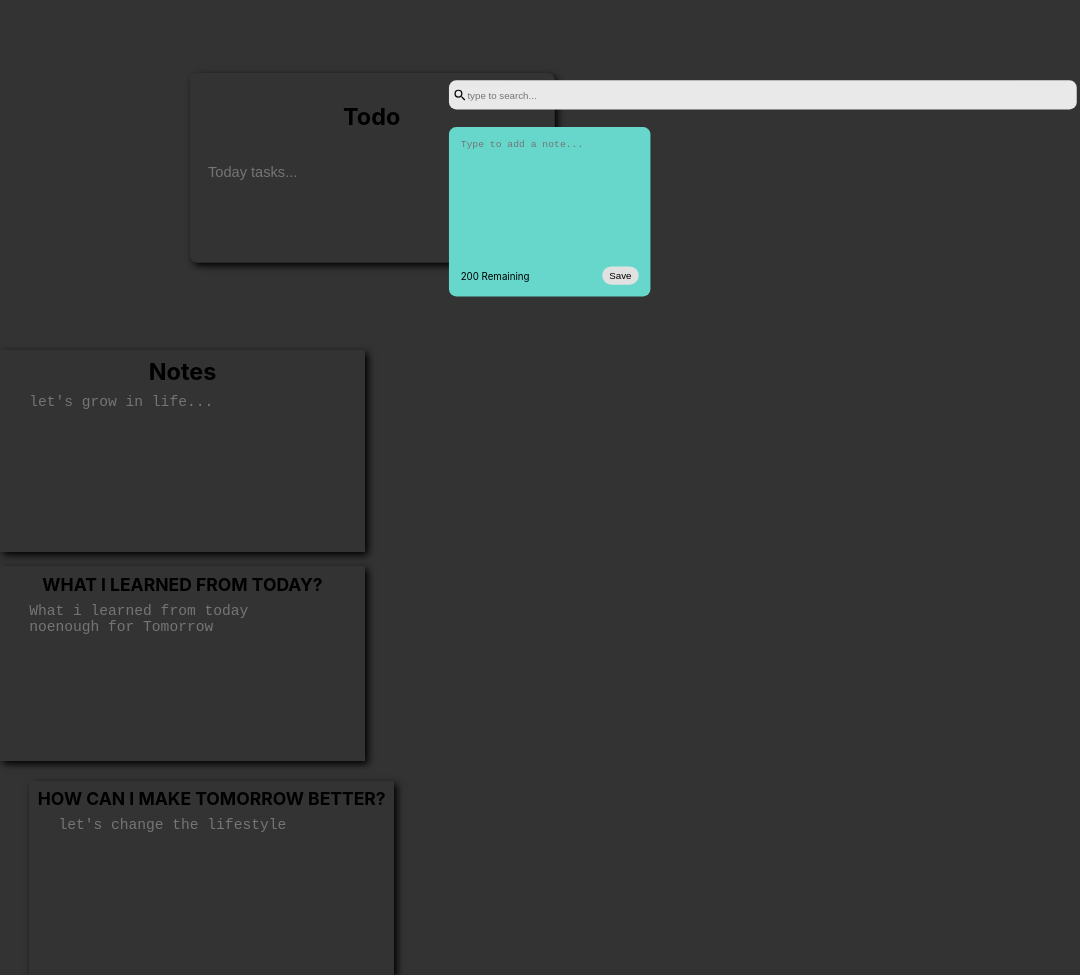
Repository: subhamRsahoo/note
Page: /
The author's editor kept a copy of each file at every save. The page is drawn from the files as they stood at one save, then again after the next save.
The browser window is 768 px wide. The page is 1480 px wide, so the pictures cover 1480 px, including what lies to the right of the window. The pictures show the whole page, at 73% of full size.
The project was rebuilt for these pictures with package versions that can differ from the ones it lists, and the page was loaded fresh each time. Also part of the build but not shown: src/components/New folder/components/Note.js.

Above is the page before, as saved 2021-07-15 18:40:48.

After the next save:
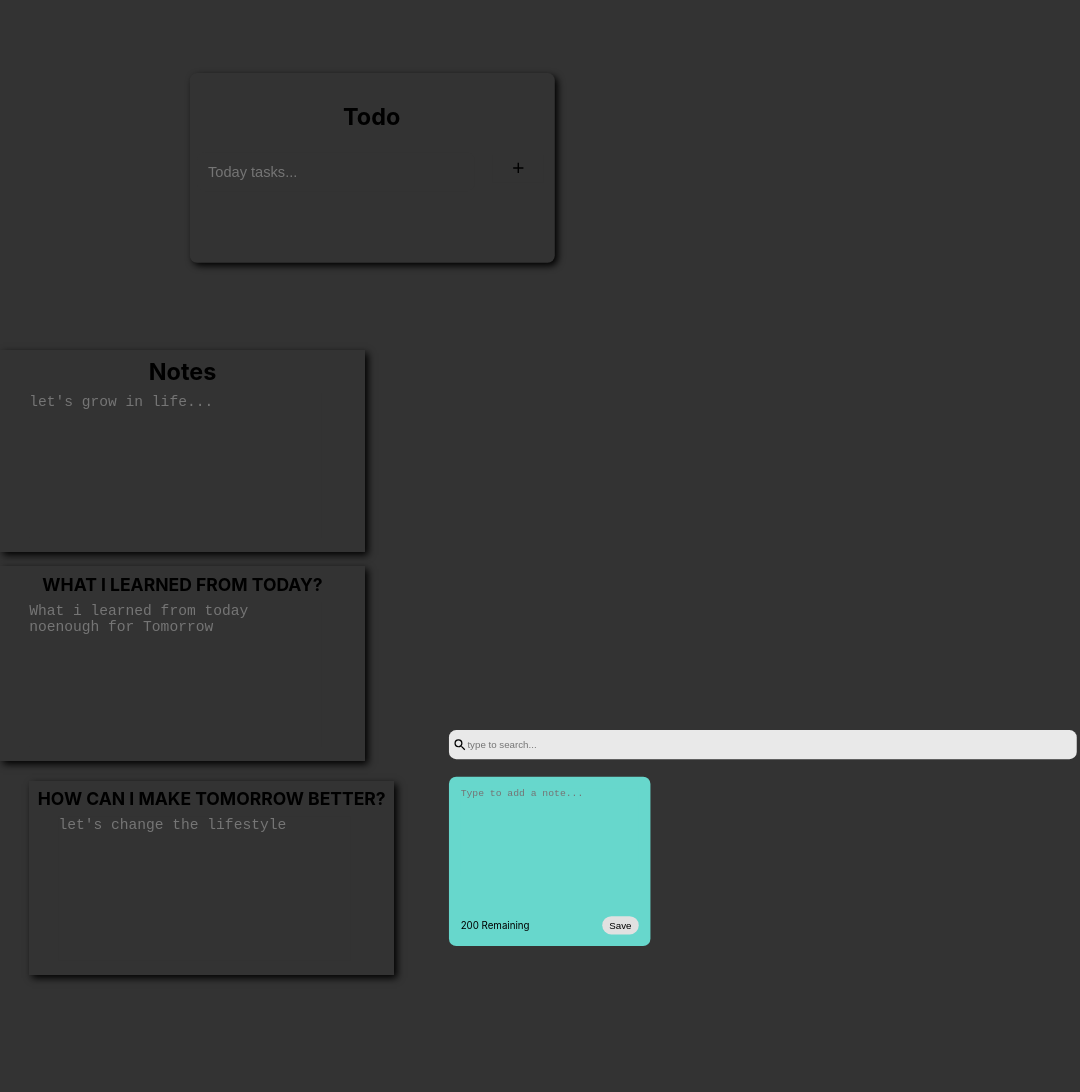
Saved 31 s later.
--- a/src/components/New folder/index.css
+++ b/src/components/New folder/index.css
@@ -128,7 +128,8 @@ textarea:focus {
 {
 	.container1
 	{
-		margin-top: 300px;
+		position: relative;
+		top: 300px;
 	}
 }
 
